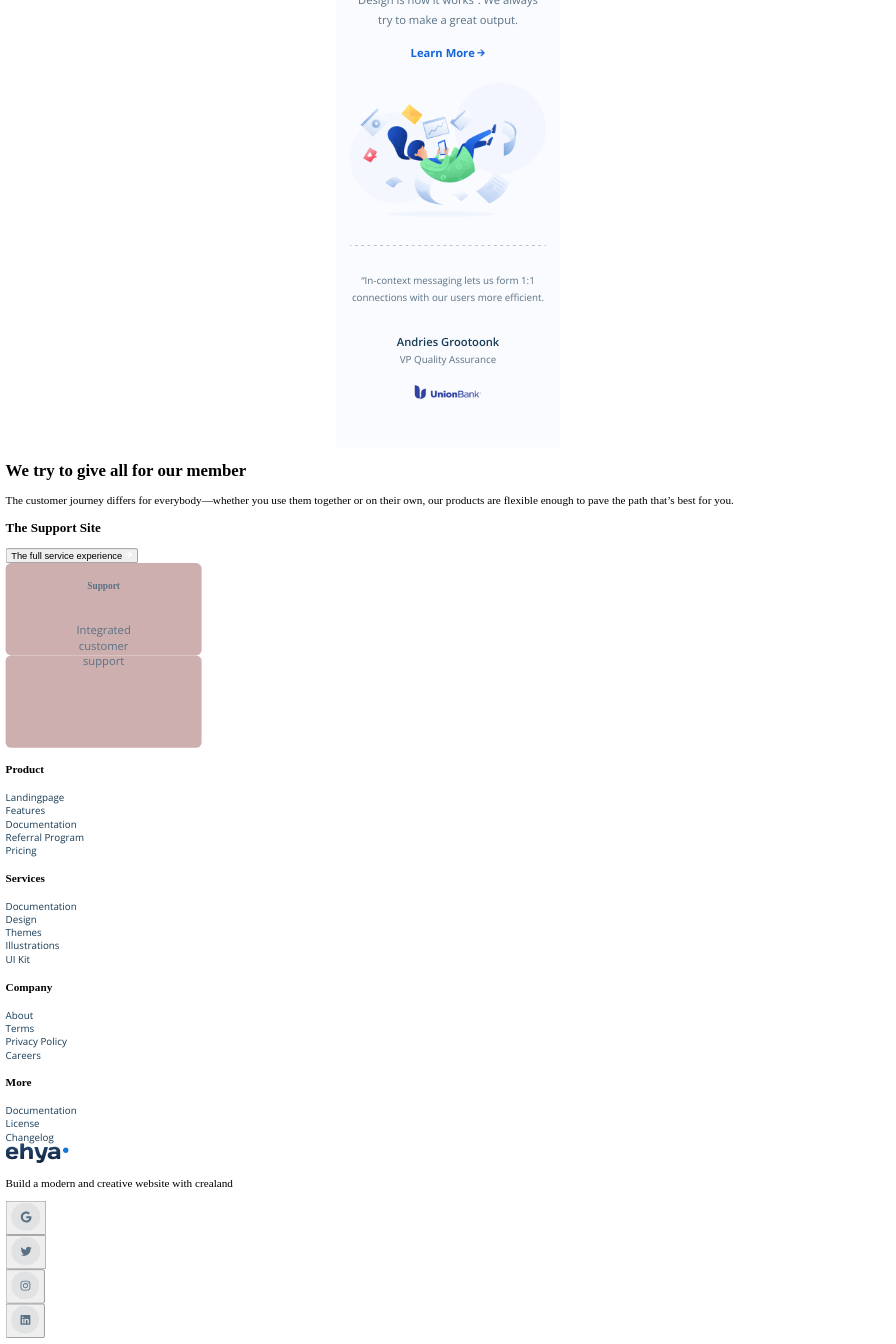
Repository: umlaufissss/provaFront
Page: HTML/index.html
The author's editor kept a copy of each file at every save. The page is drawn from the files as they stood at one save, then again after a run of saves.
The browser window is 1280 px wide. The pictures show the part of the page from y = 1875 to 3795 px (the page is 3795 px tall), at 70% of full size.
Some web fonts or font styles are not loaded; a fallback is used.

Above is the page before, as saved 2026-06-22 19:36:32.

### HTML/index.html
<!DOCTYPE html>
<html lang="pt-br">
<head>
    <meta charset="UTF-8">
    <meta name="viewport" content="width=device-width, initial-scale=1.0">
    <link rel="stylesheet" href="../CSS/style.css">
    <link href="https://fonts.googleapis.com/css2?family=Inter:ital,opsz,wght@0,14..32,100..900;1,14..32,100..900&family=Montserrat:ital,wght@0,100..900;1,100..900&family=Paytone+One&display=swap" rel="stylesheet">
    <link href="https://fonts.googleapis.com/css2?family=Inter:ital,opsz,wght@0,14..32,100..900;1,14..32,100..900&family=Montserrat:ital,wght@0,100..900;1,100..900&family=Open+Sans:ital,wght@0,300..800;1,300..800&family=Paytone+One&display=swap" rel="stylesheet">

    <title>Prova de Recuperação Front End</title>
</head>
<body>

    <header class="mainGrid">
        <section class="generalCard">

            <section class="topCima">

                <!-- logo -->
                <div class="sonnImg">
                    <img src="/assets/icons/Logo.svg" alt="logo">
                </div>

                <div class="menu">
                    <img src="/assets/icons/ic_Menu (1).svg" alt="menu">
                </div>

            </section>

            <section class="meio">
                <div class="phrase">
                        <h1>Better customer relations starts now<h1>
                </div>

                <div class="card">
                    <p>Your Email here..<p>

                    <button type="button" class="button-submit">Get Started</button>

                </div>

                <div class="imagemTop">
                    <img src="/assets/img/Customer Development.svg" alt="imagemInicio">
                </div>

            </section>




        </section>
    </header>


    <main class="masterBoard">

        <section class="hero" id="teamSuggestions">

            <!-- Aqui a linha não é quebrada como proposto no Figma,
             mas seus valores de width e height são idênticos no CSS
             VEJA: "#teamSuggestions h2" em style.css-->
            <h2>Help your customers and your team</h2>

            <article class="cardSuggestions" id="beOrganized">
                <h3>
                    Be Organized
                </h3>
                <p>
                    Bring traditional files, cloud content,
                    EhyaSpace Paper docs, and web
                    shortcuts together in one
                    place—and work the way that works
                    for you.
                </p>
            </article>

            <img src="../assets/img/Organize Operations.png" alt="Organize Operations with Your Team">

            <article class="cardSuggestions">
                <h3>
                    Stay Focused
                </h3>
                <p>
                    Personalized suggestions give you
                    files and folders when you need
                    them so you spend less time
                    searching the files.
                </p>
            </article>

            <article class="cardSuggestions">
                <h3>Get in Sync</h3>
                <p>
                    Coordinate with your team and push
                    projects forward with the tools you
                    use every day—all within EhyaSpace.
                    That make your drive safe.
                </p>
            </article>
        </section>

    </main>

        <section class="second" id="saveTime">

            <h2>
                Save time efficiently your marketing
            </h2>

            <p>
                Like Steve Jobs quotes, “Design is not
                just what it looks like and feels like.
                Design is how it works”. We always
                try to make a great output.
            </p>

            <a class="btnLearn" href="/">
                <button type="button" aria-label="Click here to learn more">
                    Learn More <img src="../assets/icons/arrow.png">
                </button>
            </a>

            <img class="woman" src="../assets/img/Woman Falling.png" alt="Woman learning marketing">

            <img class="line" id="dotted" src="../assets/img/Line.png">

            <article class="quoteAndries">

                <!-- Aqui a linha não é quebrada como proposto no Figma,
                 mas seus valores de width e height são idênticos no CSS
                 VEJA: "#saveTime .quoteAndries p" em style.css-->
                <p>
                    “In-context messaging lets us form 1:1
                    connections  with our users
                    more efficient.
                </p>

                <h3>Andries Grootoonk</h3>
                <h4>VP Quality Assurance</h4>

                <img src="../assets/img/LogoUnionBank.png" alt="Logo of Union Bank">
            </article>
        </section>

        <section class="third" id="support">
            <h2>We try to give all for our member</h2>
            <p>
                The customer journey differs for
                everybody—whether you use them
                together or on their own, our
                products are flexible enough to pave
                 the path that’s best for you.
            </p>

            <h3>The Support Site</h3>

            <a class="btnSupport" href="/">
                <button type="button" aria-label="Click here to have the full service experience">
                    The full service experience <img src="../assets/icons/whiteArrow.png" alt="White Arrow">
                </button>
            </a>

            <section class="supportOptions">
                <article class="card">
                    <h5>Support</h5>
                    <p>Integrated
                        customer support</p>
                </article>

                <article class="card">

                </article>
                <article></article>
                <article></article>
                <article></article>
                <article></article>
            </section>
        </section>

        <footer class="baseboard">
            <section class="principalBaseboard">
                <div class="cardFooter">
                    <h4>Product</h4>
                    <ul>
                        <li><a href="/">Landingpage</a></li>
                        <li><a href="/">Features</a></li>
                        <li><a href="/">Documentation</a></li>
                        <li><a href="/">Referral Program</a></li>
                        <li><a href="/">Pricing</a></li>
                    </ul>
                </div>

                <div class="cardFooter">
                    <h4>Services</h4>
                    <ul>
                        <li><a href="/">Documentation</a></li>
                        <li><a href="/">Design</a></li>
                        <li><a href="/">Themes</a></li>
                        <li><a href="/">Illustrations</a></li>
                        <li><a href="/">UI Kit</a></li>
                    </ul>
                </div>

                <div class="cardFooter">
                    <h4>Company</h4>
                    <ul>
                        <li><a href="/">About</a></li>
                        <li><a href="/">Terms</a></li>
                        <li><a href="/">Privacy Policy</a></li>
                        <li><a href="/">Careers</a></li>
                    </ul>
                </div>

                <div class="cardFooter">
                    <h4>More</h4>
                    <ul>
                        <li><a href="/">Documentation</a></li>
                        <li><a href="/">License</a></li>
                        <li><a href="/">Changelog</a></li>
                    </ul>
                </div>
            </section>

            <section class="bottomBaseboard">

                <div class="mainIcon">
                    <img src="/assets/icons/Logo.svg" alt="Logo 'ehya' do site">
                </div>

                <p>Build a modern and creative website with crealand</p>

                <div class="networkIcons">
                    <article class="icon">
                        <a href="/"><button><img src="/assets/icons/IconG.svg" alt="Ir para página Google"></button></a>
                    </article>

                    <article class="icon">
                        <a href="/"><button><img src="/assets/icons/IconT.svg" alt="Ir para nosso perfil do Twitter"></button></a>
                    </article>

                    <article class="icon">
                        <a href="/"><button><img src="/assets/icons/IconI.svg" alt="Ir para nosso perfil do Instagram"></button></a>
                    </article>

                    <article class="icon">
                        <a href="/"><button><img src="/assets/icons/IconL.svg" alt="Ir para nosso perfil do Linkedin"></button></a>
                    </article>

                    </div>
                </section>
        </footer>
</body>
</html>

### CSS/style.css
:root
{
    --color-white: #FFF;
    --color-vibrant-green: #36B37E;
    --color-bright-gray: #F9FBFE;
    --color-brigther-gray: #F9FBFE;
    --color-navy-blue: #183B56;
    --color-vibrant-dark-blue: #1565D8;
    --color-steel-blue: #5A7184;
    --color-gray: #B3BAC5;
    --color-dotted-line: #9DAAB6;
    --color-light-green: #EBF8F3;

    /*Opacidade*/
    --color-steel-blue-opacity10: rgba(179, 186, 197, 0.1);
}

*
{
    box-sizing: border-box;
}

.mainGrid
{
    margin: 0px;
    color: var(--color-light-green);

}

/* logo*/
.soonImg img{
  display: flex;
  justify-content: space-between;
  align-items: center;
  margin:0px;
}


.meio .phrase h1{
    font-family: "Inter" , sans-serif;
    color: #183B56;
    font-weight: 300 ;

    font-family: Inter;
    font-weight: 700;
    font-size: 32px;
    text-align: center;

}

.card{
    display: grid;
    text-align: center;
    background-color: rgb(206, 175, 175);
    color: #5A7184;

    width: 280px;
    height: 132px;
    top: 206px;
    left: 20px;


    border-radius: 8px;
    justify-content: center;
    align-items: center;
}

.card p{
    font-family: "Open Sans";
    height: 28px;
    width: 127px;


}


.card button{
    font-family: Open Sans;
    background-color: #36B37E;
    color: white;

    height: 46px;
    width: 248px;
    border: 0px;
    border-radius: 8px;

    font-weight: 700;
    font-size: 16px;


}

.meio .imagemTop img{
    width: 280px;
    height: 180px;

    margin: 18px 0 18px;

}



.masterBoard
{
    padding: 0 20px;
    background-color: var(--color-white);

    width: 320px;
    justify-self: center;
}

#teamSuggestions
{
    display: flex;
    flex-direction: column;
    justify-self: center;

    padding: 64px 0 56px;
}
#teamSuggestions h2
{
    font-family: "Inter", sans-serif;
    font-weight: 700;
    font-size: 28px;
    line-height: 36px;
    letter-spacing: 0.2px;
    text-align: center;

    color: var(--color-navy-blue);

    margin: 0;

    width: 280px;
    height: 108px;
}

#teamSuggestions .cardSuggestions
{
    width: 280px;
    height: 201px;
    display: flex;
    flex-direction: column;
    justify-content: center;

    margin: 12px 0;
}

#teamSuggestions .cardSuggestions h3
{
    font-family: "Inter",sans-serif;
    font-weight: 700;
    font-size: 16px;
    line-height: 20px;
    letter-spacing: 0.2px;

    color: var(--color-navy-blue);

    margin-left: 20px;
}

#teamSuggestions .cardSuggestions p
{
    font-family: Open Sans;
    font-weight: 400;
    font-size: 14px;
    line-height: 24px;
    letter-spacing: 0px;

    color: var(--color-steel-blue);
    margin-left: 20px;

    width: 240px;
}

#teamSuggestions img
{
    width: 280px;
    height: 180px;

    margin: 18px 0 18px;
}

#teamSuggestions #beOrganized
{

    background-color: var(--color-steel-blue-opacity10);
    border-left: 2px solid var(--color-steel-blue);

    margin: 18px 0;
}

#saveTime
{
    padding: 56px 20px 58px;
    background-color: var(--color-brigther-gray);

    width: 320px;
    display: flex;
    flex-direction: column;
    justify-self: center;
    text-align: center;
}

#saveTime h2
{
    font-family: "Inter", sans-serif;
    font-weight: 700;
    font-size: 28px;
    line-height: 36px;
    letter-spacing: 0.2px;
    text-align: center;

    color: var(--color-navy-blue);

    width: 284px;
    height: 72px;

    margin: 0;
}

#saveTime p
{
    font-family: "Open Sans", sans-serif;
    font-weight: 400;
    font-size: 16px;
    line-height: 28px;
    letter-spacing: 0px;
    text-align: center;

    color: var(--color-steel-blue);

    width: 280px;
    height: 112px;

    margin: 24px 0;
}

#saveTime .btnLearn
{
    display: flex;

    justify-content: center;
    margin-bottom: 34px;

    text-decoration: none;

}

#saveTime .btnLearn button
{
    font-family: "Open Sans", sans-serif;
    font-weight: 700;
    font-size: 16px;
    line-height: 100%;
    letter-spacing: 0px;

    background-color: transparent;
    border: none;
    color: var(--color-vibrant-dark-blue);
}

#saveTime .btnLearn button img
{
    margin-left: x;
}

#saveTime .woman
{
    width: 280px;
    height: 192px;
}

#saveTime #dotted.line
{
    margin: 40px 0 37px;
}

#saveTime .quoteAndries p
{
    font-family: "Open Sans", sans-serif;
    font-weight: 400;
    font-size: 14px;
    line-height: 24px;
    letter-spacing: 0px;
    text-align: center;

    width: 280px;
    height: 72px;

    margin: 0;

    color: var(--color-steel-blue);
}

#saveTime .quoteAndries h3
{
    font-family: "Open Sans", sans-serif;
    font-weight: 600;
    font-size: 16px;
    line-height: 100%;
    letter-spacing: 0px;

    color: var(--color-navy-blue);

    margin: 20px 0 7px;
}

#saveTime .quoteAndries h4
{
    font-family: Open Sans;
    font-weight: 400;
    font-size: 14px;
    line-height: 20px;
    letter-spacing: 0px;
    text-align: center;

    color: var(--color-steel-blue);

    margin: 0 0 20px;
}

#saveTime .quoteAndries img
{
    width: 102.85px;
    height: 34.1px;
}

.cardFooter ul{
    list-style-type: none;
    margin: 15px;
    margin: 0px;
    padding: 0px;

}
.cardFooter a{
    font-family: "Open Sans", sans-serif;
    font-size: 14px;
    color: var(--color-navy-blue);
    text-decoration: none;
}

After the next 2 saves:
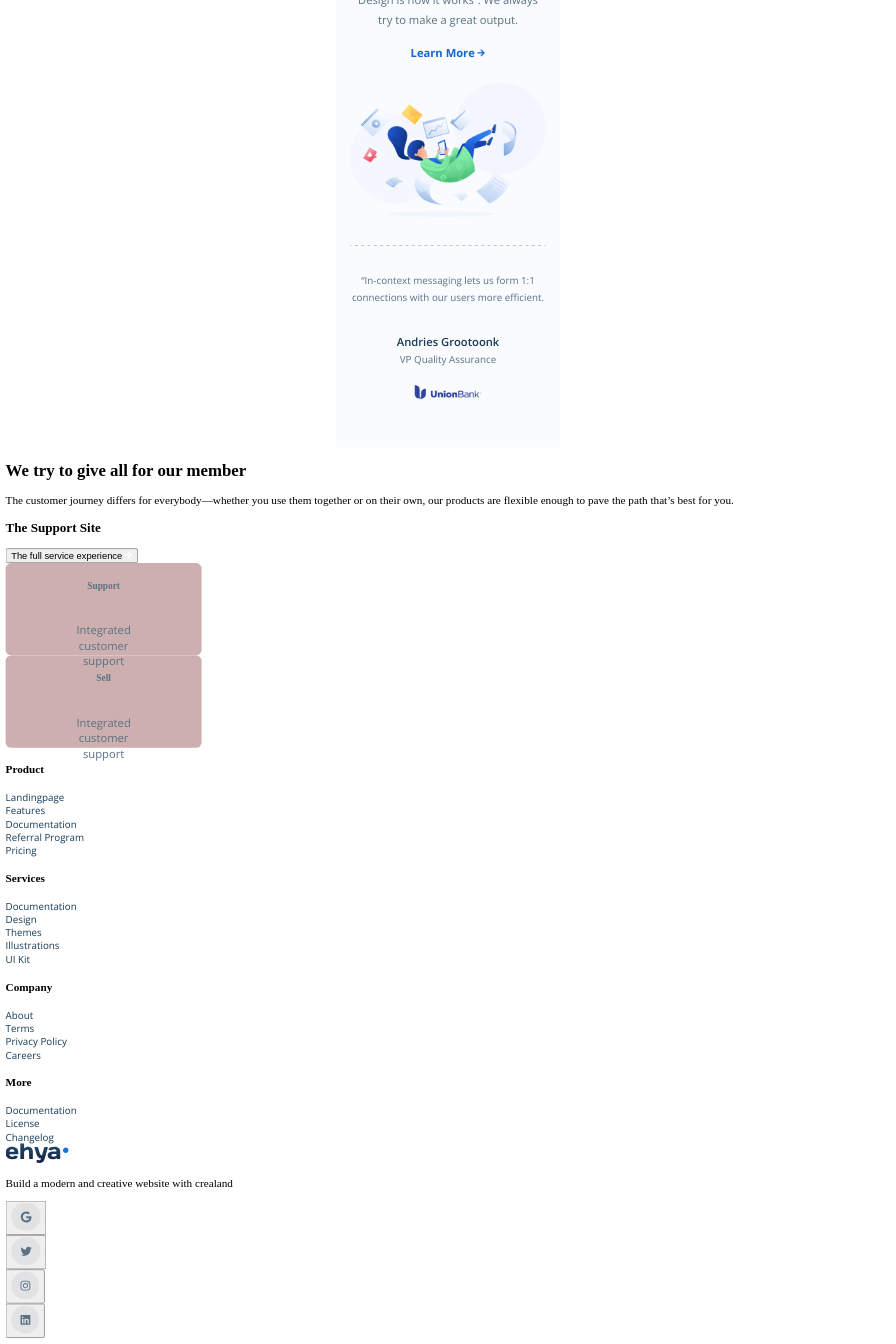
The 2 saves are shown as one change because they came seconds apart.
The last was saved 6 s later.
--- a/HTML/index.html
+++ b/HTML/index.html
@@ -168,7 +168,9 @@
                 </article>
 
                 <article class="card">
-
+                    <h5>Sell</h5>
+                    <p>Integrated
+                        customer support</p>
                 </article>
                 <article></article>
                 <article></article>
